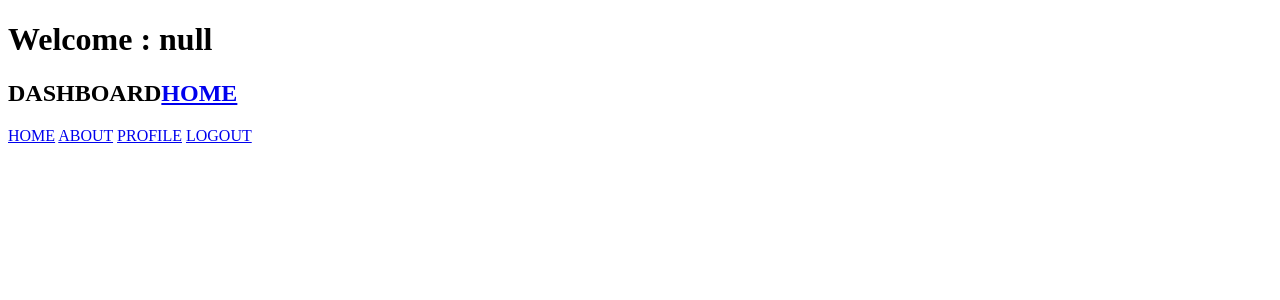
Repository: sarcasticbhuvie/ServletJSP
Page: http://localhost/03-HttpSessoin/index.jsp
The author's editor kept a copy of each file at every save. The page is drawn from the files as they stood at one save, then again after the next save.
The browser window is 1280 px wide. The pictures show the whole page.
The page is served by Tomcat 10.

Above is the page before, as saved 2024-01-02 14:13:21.

After the next save:
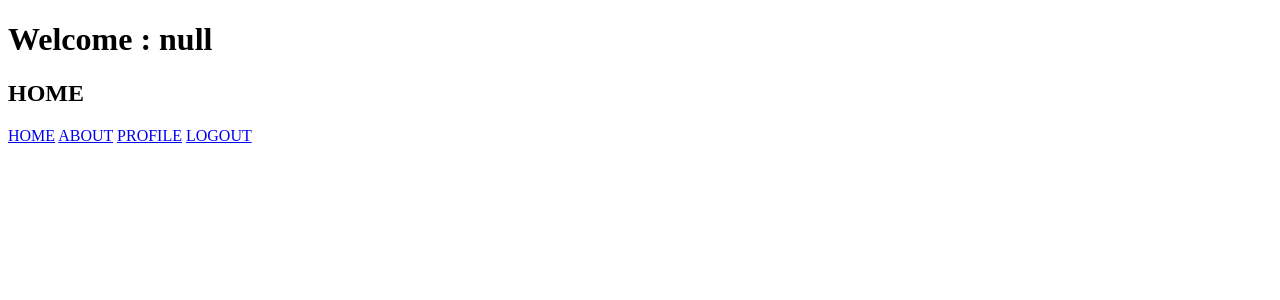
Saved 66 s later.
--- a/03-HttpSessoin/src/main/webapp/index.jsp
+++ b/03-HttpSessoin/src/main/webapp/index.jsp
@@ -11,7 +11,7 @@
 	String name = (String) session.getAttribute("name");
 %>
 	<h1>Welcome : <%= name %></h1>
-	<h2>DASHBOARD<a href="index.jsp">HOME</a></h2>
+	<h2>HOME</h2>
 	<span><a href="index.jsp">HOME</a></span>
 	<span><a href="about.jsp">ABOUT</a></span>
 	<span><a href="profile.jsp">PROFILE</a></span>
